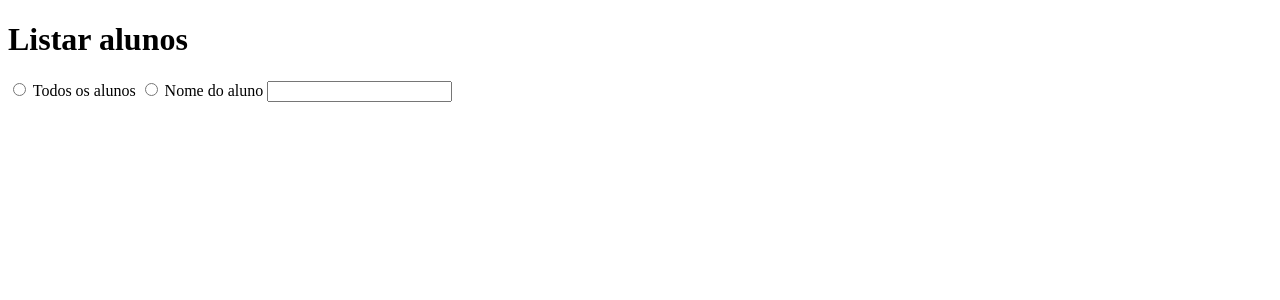
Repository: lorenavasconcellos/Trabalhos-WEB2
Page: CadastroAlunos/src/main/webapp/index.html
An editor plug-in stored every save of this project. The page is shown before and after the next save, followed by the edit.
The browser window is 1280 px wide. The pictures show the whole page.

Above is the page before, as saved 2022-12-02 12:12:07.

### CadastroAlunos/src/main/webapp/index.html
<!DOCTYPE html>
<html>
<head>
<meta charset="UTF-8">
<title>Lista de alunos</title>
</head>

<body>
	<h1>Listar alunos</h1>
	<form action="aluno.do" method="POST">
		<input type="radio" id=busca_todos name="busca" value="todos">
		<label for="busca_todos">Todos os alunos</label>
		<input type="radio" id="busca_nome" name="busca" value="nome">
		<label for="busca_nome">Nome do aluno</label>
		<input type="text" name="nome_busca">
	</form>
</body>
</html>

After the next save:
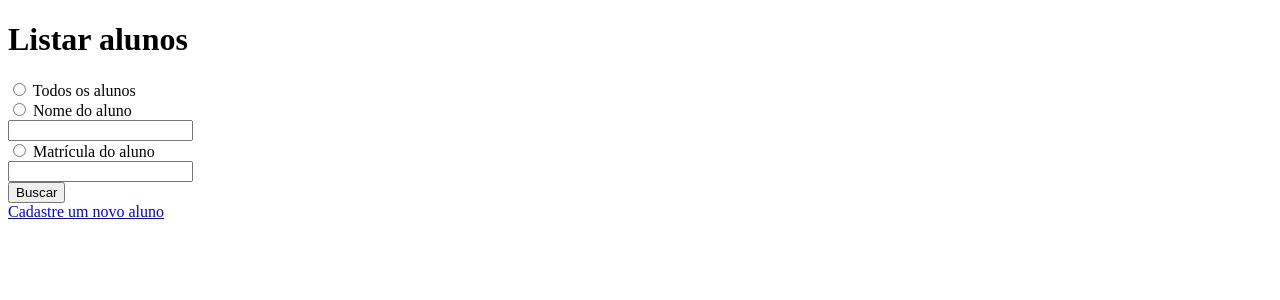
Saved 4 min 16 s later.
--- a/CadastroAlunos/src/main/webapp/index.html
+++ b/CadastroAlunos/src/main/webapp/index.html
@@ -9,10 +9,16 @@
 	<h1>Listar alunos</h1>
 	<form action="aluno.do" method="POST">
 		<input type="radio" id=busca_todos name="busca" value="todos">
-		<label for="busca_todos">Todos os alunos</label>
+		<label for="busca_todos">Todos os alunos</label><br>
 		<input type="radio" id="busca_nome" name="busca" value="nome">
-		<label for="busca_nome">Nome do aluno</label>
-		<input type="text" name="nome_busca">
+		<label for="busca_nome">Nome do aluno</label><br>
+		<input type="text" name="nome_busca"><br>
+		<input type="radio" id="busca_matricula" name="busca" value="matricula">
+		<label for="busca_matricula">Matrícula do aluno</label><br>
+		<input type="text" name="matricula_busca"><br>
+		<input type="submit" value="Buscar"><br>
+
+		<a href="/cadastrar_aluno.html">Cadastre um novo aluno</a>
 	</form>
 </body>
 </html>
